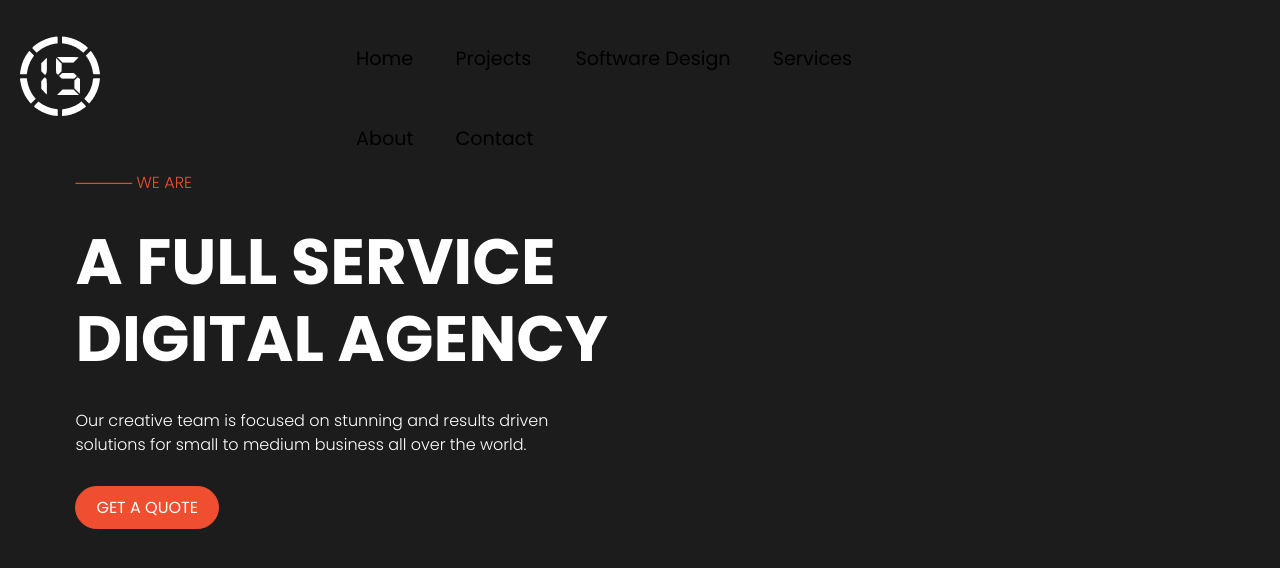
Repository: gopalpurohit54/one5
Page: /
An editor plug-in stored every save of this project. The page is shown before and after the next save, followed by the edit.
The browser window is 1280 px wide. The pictures show the whole page.
The project was rebuilt for these pictures with package versions that can differ from the ones it lists, and the page was loaded fresh each time.

Above is the page before, as saved 2021-06-11 15:17:27.

### src/index.css
@import url('https://fonts.googleapis.com/css2?family=Poppins:ital,wght@0,100;0,200;0,300;0,400;0,500;0,600;0,700;0,800;0,900;1,100;1,200;1,300;1,400;1,500;1,600;1,700;1,800;1,900&display=swap');

* {
  margin: 0;
  padding: 0;
  outline: none;
  font-family: 'Poppins', sans-serif;
  -webkit-font-smoothing: antialiased;
  -moz-osx-font-smoothing: grayscale;
}

code {
  font-family: source-code-pro, Menlo, Monaco, Consolas, 'Courier New',
    monospace;
}

### src/components/App.js
import React from 'react';
import Navbar from '../components/Navbar';
import { BrowserRouter as Router, Switch, Route } from 'react-router-dom';
import './App.css';
import Home from '../components/Pages/Home';

function App() {
  return (
    <>
    <Router>
      <Navbar />
      <Switch>
        <Route path='/' exact component= {Home} />
      </Switch>
    </Router>
    </>
  );
}



export default App

### src/components/navbar.js
import React, { useState } from 'react';
import { Link } from 'react-router-dom';
import './Navbar.css';

function Navbar() {

    const [click, setClick] = useState(false);

    const handleClick = () => setClick(!click);
    const closeMobileMenu = () => setClick(false);

    return (
        <>
            <nav className="navbar">
                <div className="navbar-container">
                    <Link to="/" className="navbar-logo" onClick= {closeMobileMenu}>
                        <img src="/logo-white.png" alt="" />
                    </Link>
                </div>
                <div className="menu-icon" onClick= {handleClick}>
                    <i className= { click ? 'fas fa-times' : 'fas fa-bars'} />
                </div>
                <ul className= { click ? 'nav-menu active' : 'nav-menu'}>
                    <li className= 'nav-item'>
                        <Link to= '/home' className='nav-links' onClick= {closeMobileMenu}>
                            Home
                        </Link>
                    </li>
                    <li className= 'nav-item'>
                        <Link to= '/projects' className='nav-links' onClick= {closeMobileMenu}>
                            Projects
                        </Link>
                    </li>
                    <li className= 'nav-item'>
                        <Link to= '/software-design' className='nav-links' onClick= {closeMobileMenu}>
                            Software Design
                        </Link>
                    </li>
                    <li className= 'nav-item'>
                        <Link to= '/services' className='nav-links' onClick= {closeMobileMenu}>
                            Services
                        </Link>
                    </li>
                    <li className= 'nav-item'>
                        <Link to= '/about' className='nav-links' onClick= {closeMobileMenu}>
                            About
                        </Link>
                    </li>
                    <li className= 'nav-item'>
                        <Link to= '/contact' className='nav-links' onClick= {closeMobileMenu}>
                            Contact
                        </Link>
                    </li>
                </ul>
            </nav>
        </>
    )
}

export default Navbar

### src/components/App.css

* {
    box-sizing: border-box;
    margin: 0;
    padding: 0;
    font-family: 'Poppins', sans-serif;
    background: #1c1c1c;
  }

### src/components/Pages/Home.js
import React from 'react';
import '../App.css';
import  HeroSection from '../HeroSection';

function Home() {
    return (
        <>
            <HeroSection />
        </>
    )
}

export default Home

### src/components/navbar.css
:root {
    --primary: #F04E31;
}

.navbar {
    background: transparent;
    height: 80px;
    display: flex;
    justify-content: flex-start;
    font-size: 1.2rem;
    position: sticky;
    top: 5%;
    z-index: 999;
}

.navbar-container {
    display: flex;
    justify-content: left;
    align-items: left;
    height: 80px;
    /* max-width: 1500px; */
}

.navbar-logo {
    justify-self: start;
    margin-left: 20px;
    cursor: pointer;
    display: flex;
    align-items: center;
}

.nav-menu {
    display: grid;
    grid-template-columns: repeat(4, auto);
    grid-gap: 10px;
    list-style: none;
    text-align: left;
    width: 60vw;
    justify-content: end;
    margin-right: 2rem;
}

.nav-item {
    height: 70px;
  }

  .nav-links {
    color: #000;
    display: flex;
    align-items: left;
    text-decoration: none;
    padding: 0.5rem 1rem;
    height: 100%;
  }

  .nav-links:hover {
    color: var(--primary);
    transition: all 0.2s ease-out;
  }

  .fa-bars {
    color: #fff;
  }

  .fa-bars:hover {
    color: #F04E31;
  }

  .nav-links-mobile {
    display: none;
  }

  .menu-icon {
    display: none;
  }

  @media screen and (max-width: 960px) {
    .NavbarItems {
      position: relative;
    }

    .nav-menu {
      display: flex;
      flex-direction: column;
      width: 100%;
      height: 90vh;
      position: absolute;
      top: 77px;
      left: -100%;
      opacity: 1;
      transition: all 0.5s ease;
    }

    .nav-menu.active {
      background: #fff;
      left: 0;
      opacity: 1;
      transition: all 0.5s ease;
      z-index: 1;
    }

    .nav-links {
      text-align: left;
      padding: 2rem;
      width: 100%;
      display: table;
    }

    .nav-links:hover {
      background-color: #fff;
      color: var(--primary);
      border-radius: 0;
    }

    .navbar-logo {
      position: absolute;
      top: 0;
      left: 0;
      transform: translate(25%, 50%);
    }

    .menu-icon {
      display: block;
      position: absolute;
      top: 0;
      right: 0;
      transform: translate(-100%, 60%);
      font-size: 1.8rem;
      cursor: pointer;
    }

    .fa-times {
      color: #000;
      font-size: 2rem;
    }

    .fa-times:hover {
      color: #F04E31;
    }
    .nav-links-mobile {
      display: block;
      text-align: left;
      margin: 2rem auto;
      border-radius: 4px;
      width: 80%;
      text-decoration: none;
      font-size: 1.5rem;
      background-color: transparent;
      color: #000;
      padding: 14px 20px;
      border: none;
      transition: all 0.3s ease-out;
    }

    .nav-links-mobile:hover {
      background: #fff;
      color: var(--primary);
      transition: 250ms;
    }
  }

### src/components/HeroSection.js
import React, { useState, useEffect } from 'react';
import './App.css';
import { Button } from './Button';
// import anim from '../src/assets/red-blob-hq.gif';
import styled from 'styled-components';
import { motion } from 'framer-motion';

function HeroSection() {

    const Section = styled.section `
        height: 75vh;
        display: flex;
        flex-direction: column;
        justify-content: center;
        align-items: center;
        background: #1c1c1c;
    `;

    const Container = styled.div `
        display: grid;
        grid-template-columns: 1fr 1fr;
        height: 100vh;
        padding: 3rem calc((100vw - 1300px) /2 );

        @media screen and (max-width: 768px){
            grid-grid-template-columns: 1fr;
        }
    `;

    const ColumnLeft = styled.div `
        display: flex;
        color: #fff;
        flex-direction: column;
        justify-content: center;
        align-items: flex-start;
        padding: 5rem 2rem;

        h1 {
            margin-bottom: 2rem;
            font-size: 4rem;
            line-height: 1.2;
        }

        p {
            margin-bottom: 1.8rem;
            font-size: 1rem;
            line-height: 1.5;
            font-style: normal;
            font-weight: 300;
        }

    `;
    const ColumnRight = styled.div ``

    // eslint-disable-next-line no-unused-vars
    const [button, setButton] = useState(true);

    const showButton = () => {
        if(window.innerWidth <= 960) {
            setButton(false);
        } else {
            setButton(true);
        }
    };

    useEffect ( ( ) => {
        showButton();
    }, []);

    window.addEventListener('resize', showButton);

    return (
        <Section className = 'hero-section'>
            <Container className = 'hero-container'>
                <ColumnLeft className = 'col-left'>
                    <p className = 'hero-shortdesc' style={{ color: '#F04E31' }}>───── WE ARE</p>
                    <h1>A FULL SERVICE <br/>
                    DIGITAL AGENCY</h1>
                    <p className = 'hero-desc'>Our creative team is focused on stunning and results driven <br/>
                    solutions for small to medium business all over the world.</p>
                    <div className='hero-btn'>
                    <Button className='btn' buttonStyle='btn--primary'>GET A QUOTE</Button>
                    </div>
                </ColumnLeft>
                {/* <ColumnRight className = 'col-right'>
                    <img src= { anim } style= {{ display: 'block', margin: 'auto' }} alt= "Loading..." />
                </ColumnRight> */}
            </Container>
        </Section>
    )
}

export default HeroSection

### src/components/Button.js
import React from 'react';
import './Button.css';
import { Link } from 'react-router-dom';

const STYLES = ['btn--primary', 'btn--outline', 'btn--test'];

const SIZES = ['btn--medium', 'btn--large'];

export const Button = ({
  children,
  type,
  onClick,
  buttonStyle,
  buttonSize
}) => {
  const checkButtonStyle = STYLES.includes(buttonStyle)
    ? buttonStyle
    : STYLES[0];

  const checkButtonSize = SIZES.includes(buttonSize) ? buttonSize : SIZES[0];

  return (
    <Link to='/sign-up' className='btn-mobile'>
      <button
        className={`btn ${checkButtonStyle} ${checkButtonSize}`}
        onClick={onClick}
        type={type}
      >
        {children}
      </button>
    </Link>
  );
};

### src/components/Button.css
:root {
    --primary: #F04E31;
}

.btn {
    padding: 8px 20px;
    border-radius: 30px;
    outline: none;
    border: none;
    cursor: pointer;
}

.btn--primary {
    background-color: var(--primary);
    color: #fff;
    border: 1px solid var(--primary);
}

.btn--outline {
    background-color: transparent;
    color: #F04E31;
    padding: 8px 20px;
    border: 1px solid var(--primary);
    transition: all 0.3s ease-out;
}

.btn--medium {
    padding: 8px 20px;
    font-size: 16px;
}

.btn--large {
    padding: 12px 26px;
    font-size: 16px;
}

.btn--medium:hover, .btn--large:hover {
    background: transparent;
    color: #F04E31;
    transition: all 0.3s ease-out;
}

Loaded but not shown: public/index.html (common file); src/index.js (common file); src/reportWebVitals.js (common file)

After the next save:
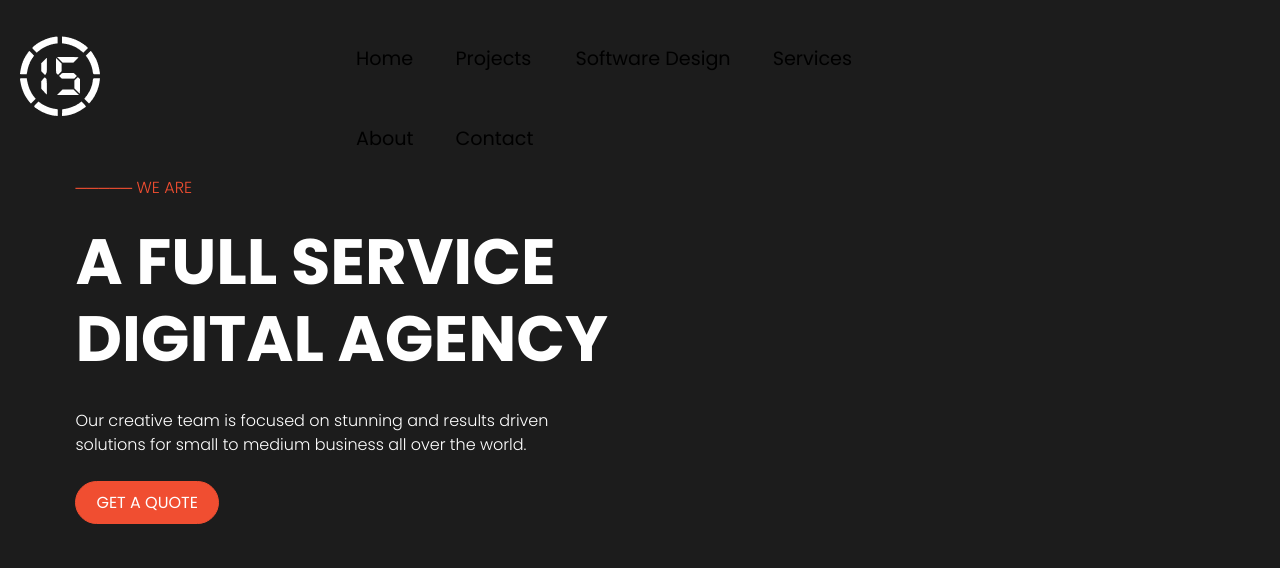
Saved 7 s later.
--- a/src/components/HeroSection.js
+++ b/src/components/HeroSection.js
@@ -42,7 +42,7 @@
         }
 
         p {
-            margin-bottom: 1.8rem;
+            margin-bottom: 1.5rem;
             font-size: 1rem;
             line-height: 1.5;
             font-style: normal;

After the save that followed:
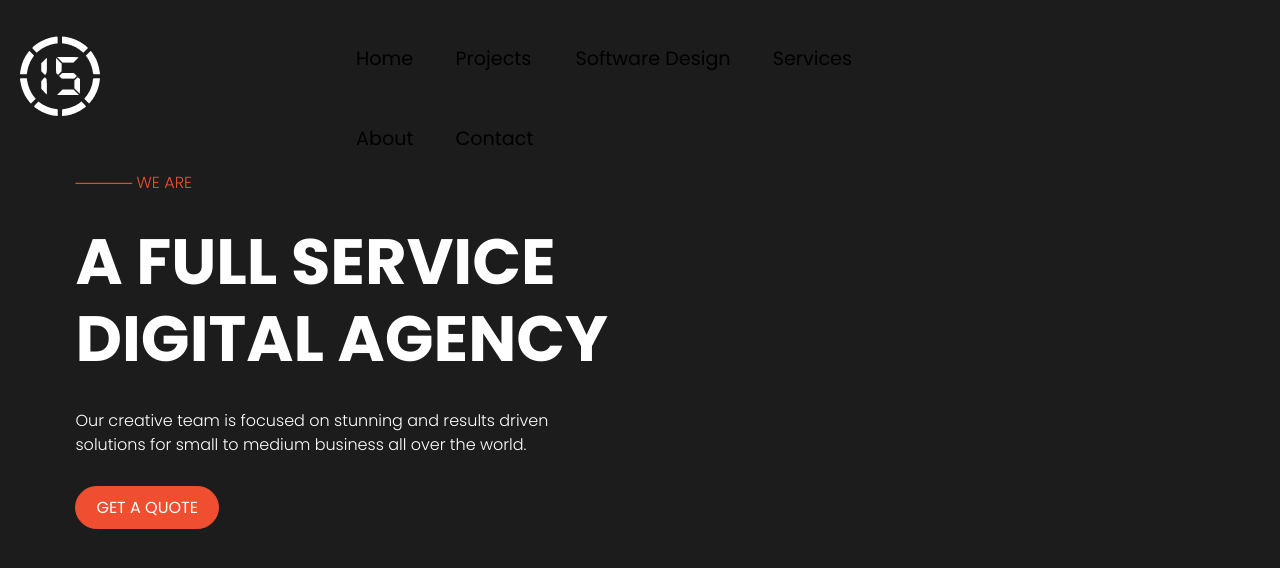
Saved 6 s later.
--- a/src/components/HeroSection.js
+++ b/src/components/HeroSection.js
@@ -42,7 +42,7 @@
         }
 
         p {
-            margin-bottom: 1.5rem;
+            margin-bottom: 1.8rem;
             font-size: 1rem;
             line-height: 1.5;
             font-style: normal;
